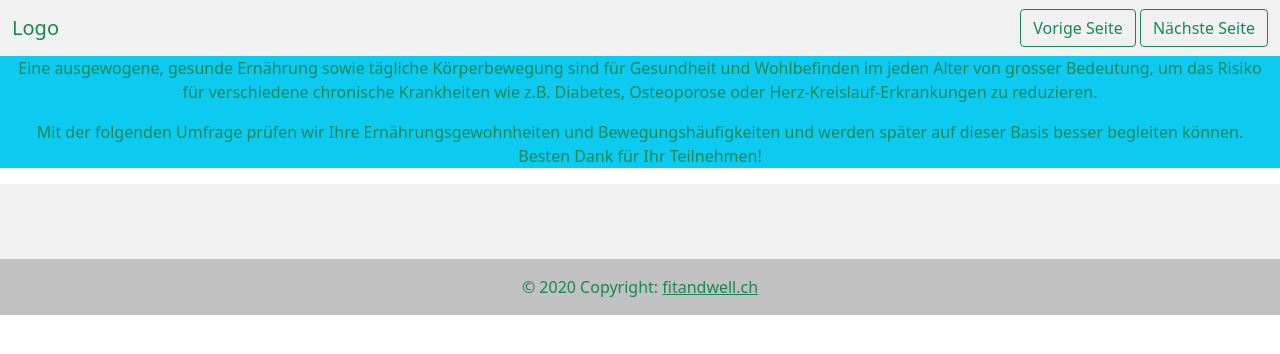
Repository: stephane71183101/Stephane-Personal-Health-Survey
Page: http://localhost/form-q01-start-page.php
The author's editor kept a copy of each file at every save. The page is drawn from the files as they stood at one save, then again after the next save.
The browser window is 1280 px wide. The pictures show the whole page.
The page is run by PHP 8.4 with error messages shown; the project is at /var/www/html/.

Above is the page before, as saved 2022-03-15 15:51:13.

After the next save:
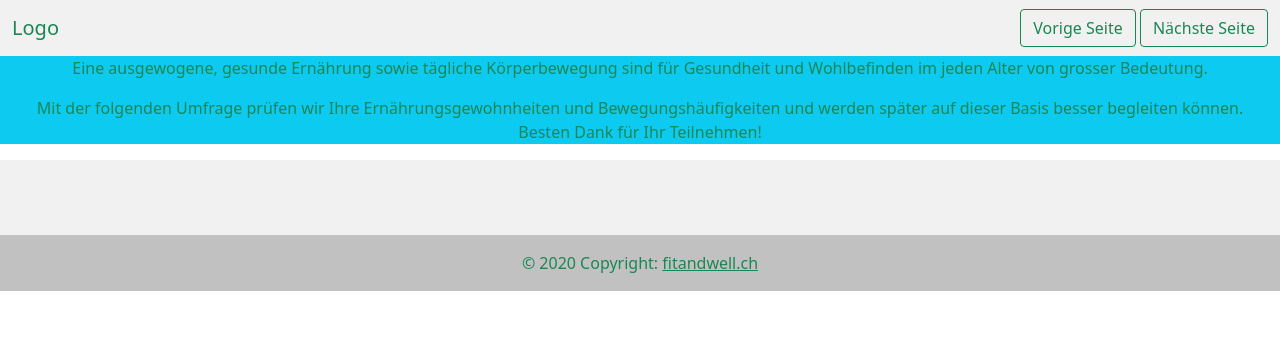
Saved 59 s later.
--- a/form-q01-start-page.php
+++ b/form-q01-start-page.php
@@ -26,7 +26,7 @@
 <body>
     <div class="container-fluid text-center text-success bg-info">
     <div  class="container-width">
-    <p>Eine ausgewogene, gesunde Ernährung sowie tägliche Körperbewegung sind für Gesundheit und Wohlbefinden im jeden Alter von grosser Bedeutung, um das Risiko für verschiedene chronische Krankheiten wie z.B. Diabetes, Osteoporose oder Herz-Kreislauf-Erkrankungen zu reduzieren.</p>
+    <p>Eine ausgewogene, gesunde Ernährung sowie tägliche Körperbewegung sind für Gesundheit und Wohlbefinden im jeden Alter von grosser Bedeutung.</p>
     <p>Mit der folgenden Umfrage prüfen wir Ihre Ernährungsgewohnheiten und Bewegungshäufigkeiten und werden später auf dieser Basis besser begleiten können. Besten Dank für Ihr Teilnehmen!</p>
     </div>
     </div>
